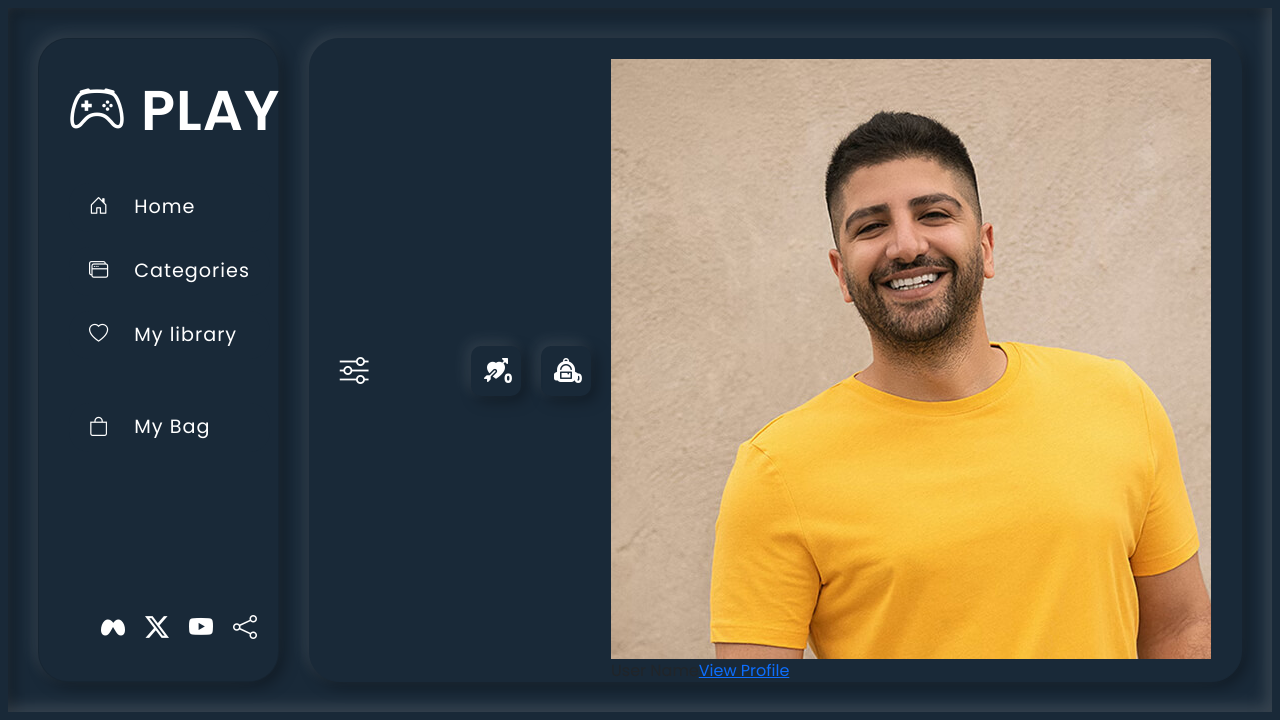
Repository: Ego-Wolf/Ecommerce-game-Reactjs
Page: /
These files come from the project's save history. The page is drawn as it stood at one moment and after the next save; the edit follows.
The browser window is 1280 px wide. The pictures show the whole page.
The project was rebuilt for these pictures with package versions that can differ from the ones it lists, and the page was loaded fresh each time.

Above is the page before, as saved 2023-12-21 23:50:44.

### public/index.html
<!DOCTYPE html>
<html lang="en">
  <head>
    <meta charset="utf-8" />
    <link rel="icon" href="%PUBLIC_URL%/favicon.ico" />
    <meta name="viewport" content="width=device-width, initial-scale=1" />
    <meta name="theme-color" content="#000000" />
    <meta
      name="description"
      content="Web site created using create-react-app"
    />
    <link rel="apple-touch-icon" href="%PUBLIC_URL%/logo192.png" />
    <link rel="manifest" href="%PUBLIC_URL%/manifest.json" />
    <title>Wolf Ecommerce | Game</title>

    <!-- Bootstraps & Bootstraps Icon -->
    <link href="https://cdn.jsdelivr.net/npm/bootstrap@5.3.2/dist/css/bootstrap.min.css" rel="stylesheet" integrity="sha384-T3c6CoIi6uLrA9TneNEoa7RxnatzjcDSCmG1MXxSR1GAsXEV/Dwwykc2MPK8M2HN" crossorigin="anonymous">
    <link rel="stylesheet" href="https://cdn.jsdelivr.net/npm/bootstrap-icons@1.11.2/font/bootstrap-icons.min.css">
  </head>
  <body>
    <noscript>You need to enable JavaScript to run this app.</noscript>
    <div id="root"></div>

  </body>
</html>

### src/App.js
import React from 'react';
import './App.css';
import Main from "./pages/Main";

function App() {
  return (
    <Main/>
  );
}

export default App;

### src/App.css
/* Google Font */
@import url('https://fonts.googleapis.com/css2?family=Poppins:wght@300;400;500;600;700;800;900&display=swap');


*{
  padding: 0;
  margin: 0;
  box-sizing: border-box;
}

:root {
  --primary: #0d171f;
  --second: #0998a8;
  --bgColor: #192938;
}

h1,
h2,
h4,
p {
  color: #ffffff;
}

body {
  position: relative;
  background: var(--bgColor);
  font-family: 'Poppins', sans-serif;
  width: 100%;
  min-height: 100vh;
  overflow: hidden;
}

### src/pages/Main.jsx
import React from 'react'
import './Main.css'
import SideMenu from '../components/SideMenu'
import Header from './Header'

function Main() {
  return (
    <main>
        <SideMenu/>
        <div className="banner">
          <Header/>
        </div>
    </main>
  )
}

export default Main

### src/pages/Main.css
main {
    position: absolute;
    top: 0;
    left: 0;
    right: 0;
    bottom: 0;
    padding: 30px;
    border: 8px solid var(--bgColor);
    box-shadow: -5px -5px 15px rgba(255, 255, 255, 0.15),
    5px 5px 15px rgba(0, 0, 0, 0.35),
    inset -5px -5px 15px rgba(255, 255, 255, 0.15),
    inset 5px 5px 15px rgba(0, 0, 0, 0.35);
    display: flex;
    justify-content: space-between;
    align-items: center;
    gap: 30px;
    overflow: hidden;
    transition: 0.5s;
}

.banner {
    position: relative;
    width: 80%;
    height: 100%;
    border-radius: 30px;
    border: 1px solid var(--bgColor);
    background: var(--bgColor);
    box-shadow: -5px -5px 15px rgba(255, 255, 255, 0.1),
    5px 5px 15px rgba(0, 0, 0, 0.35);
    transition: 1s;
}

### src/components/SideMenu.jsx
import React, {useState} from 'react'
import './SideMenu.css'
import NavListItem from './NavListItem'
import navListData from '../data/navListData'
import socialListData from '../data/socialListData'
import SocialListItem from './SocialListItem'

function SideMenu() {
  const [navData, setNavData] = useState(navListData);
  const [socialData, setSocialData] = useState(socialListData);

  return (
    <div className="sideMenu">
        <a href="#" className="logo">
            <i class="bi bi-controller"></i>
            <span className="brand">Play</span>
        </a>
        <ul className="nav">
          {navData.map(item => (
            <NavListItem key={item._id} item={item} />
          ))}
        </ul>

        <ul className="social">
          {socialData.map(item => (
            <SocialListItem key={item._id} item={item} />
          ))}
        </ul>

    </div>
  );
}

export default SideMenu;

### src/pages/Header.jsx
import React from 'react'
import './Header.css'
import userImg from '../images/user.jpg'

function Header() {
  return (
    <header>
        <a href="#" className='menu'><i class="bi bi-sliders"></i></a>
        <div className="userItems">
            <a href="#" className="icon">
                <i class="bi bi-arrow-through-heart-fill"></i>
                <span className='like'>0</span>
            </a>
            <a href="#" className="icon">
                <i class="bi bi-backpack2-fill"></i>
                <span className="bag">0</span>
            </a>
            <div className="avatar">
                <a href="#"><img src={userImg} alt="User Image" /></a>
                <div className="user">
                    <span>User Name</span>
                    <a href="#">View Profile</a>
                </div>
            </div>
        </div>
    </header>
  )
}

export default Header

### src/components/SideMenu.css
.sideMenu {
    width: 20%;
    height: 100%;
    padding: 30px;
    border: 1px solid rgba(0, 0, 0, 0.1);
    border-radius: 30px;
    background: var(--bgColor);
    box-shadow: -5px -5px 15px rgba(255, 255, 255, 0.1), 5px 5px 15px rgba(0, 0, 0, 0.35);
    display: flex;
    flex-direction: column;
    transition: 1s;
}

.sideMenu .logo {
    position: relative;
    text-decoration: none;
    display: inline-flex;
    align-items: center;
    gap: 15px;
    color: #ffffff;
    font-size: 3.5em;
    font-weight: 600;
    letter-spacing: 1px;
    text-transform: uppercase;
}

.sideMenu .nav {
    margin-top: 30px;
    display: flex;
    flex-direction: column;
    list-style: none;
    gap: 15px;
}

.sideMenu .nav li a {
    text-decoration: none;
    color: #ffffff;
    font-size: 1.2em;
    letter-spacing: 1px;
    display: inline-flex;
    gap: 25px;
    background: var(--bgColor);
    border-radius: 20px;
    padding: 10px 20px;
    width: 100%;
    transition: 0.5s;
}

.sideMenu .nav li a:hover,
.sideMenu .nav li a:active {
    box-shadow: -5px -5px 15px rgba(255, 255, 255, 0.1), 5px 5px 15px rgba(0, 0, 0, 0.35);
}

/* Social */
.sideMenu .social {
    position: absolute;
    bottom: 50px;
    display: flex;
    align-items: center;
    list-style: none;
    gap: 20px;
    transition: 0.5s;
}

.sideMenu .social li a {
    text-decoration: none;
    color: #ffffff;
    font-size: 1.5rem;
    transition: 0.3s;
}

.sideMenu .social li a:hover {
    color: var(--second);
}

.sideMenu .social li .share {
    background: (--second);
    padding: 10px;
    width: 35px;
    height: 35px;
    border-radius: 50%;
    transition: 0.3s;
}

.sideMenu .social li .share:hover {
    background: var(--primary);
}

### src/components/NavListItem.jsx
import React from 'react'
import './NavListItem.css'

function NavListItem({ item }) {
  return (
    <li>
        <a href="#">
            <i className={`bi ${item.icon}`}></i>
            <span className="navName">{item.name}</span>
        </a>
    </li>
  )
}

export default NavListItem

### src/data/navListData.js
const navListData = [
    {
        _id: 1,
        target: 'home',
        name: 'Home',
        icon: 'bi-house-door',
        active: true,
    },
    {
        _id: 2,
        target: 'categories',
        name: 'Categories',
        icon: 'bi-window-stack',
        active: false,
    },
    {
        _id: 3,
        target: 'library',
        name: 'My library',
        icon: 'bi-heart',
        active: false,
    },
    {
        _id: 4,
        target: 'bag',
        name: 'My Bag',
        icon: 'bi-bag',
        active: false,
    },
];

export default navListData;

### src/data/socialListData.js
const socialListData = [
    {
        _id: 1,
        // target: 'meta',
        // name: 'Meta',
        icon: 'bi bi-meta',
        active: true,
    },
    {
        _id: 2,
        // target: 'categories',
        // name: 'Categories',
        icon: 'bi-twitter-x ',
        active: false,
    },
    {
        _id: 3,
        // target: 'library',
        // name: 'My library',
        icon: 'bi-youtube',
        active: false,
    },
    {
        _id: 4,
        // target: 'bag',
        // name: 'My Bag',
        icon: 'bi-share',
        active: false,
    },
];

export default socialListData;

### src/components/SocialListItem.jsx
import React from 'react'
import './SocialListItem.css'

function SocialListItem({ item }) {
  return (
    <li>
      <a href="#">
        <i className={`bi ${item.icon}`}></i>
      </a>
    </li>
  )
}

export default SocialListItem

### src/pages/Header.css
header {
    position: absolute;
    top: 0;
    width: 100%;
    display: flex;
    justify-content: space-between;
    align-items: center;
    padding: 20px 30px;
    z-index: 1000 !important;
    background: transparent;
}

.menu {
    font-size: 1.8rem;
    color: #ffffff;
}

.userItems {
    display: inline-flex;
    align-items: center;
    gap: 20px;
}

.userItems .icon {
    position: relative;
    color: #ffffff;
    font-size: 1.5rem;
    width: 50px;
    height: 50px;
    border-radius: 10px;
    box-shadow: -5px -5px 15px rgba(255, 255, 255, 0.1),
    5px 5px 15px rgba(0, 0, 0, 0.35);
    display: flex;
    justify-content: center;
    align-items: center;
    text-decoration: none;
}

.userItems .icon .like,
.userItems .icon .bag {
    position: absolute;
    right: 0;
    bottom: 10px;
    font-size: 0.8rem;
    font-weight: 800;
    height: 20px;
    width: 20px;
    padding: 3px;
    color: #ffffff;

}

Loaded but not shown: src/index.js (common file); src/index.css (common file); src/reportWebVitals.js (common file); src/components/NavListItem.css (no stored copy; drawn as an empty file); src/components/SocialListItem.css (no stored copy; drawn as an empty file)

After the next save:
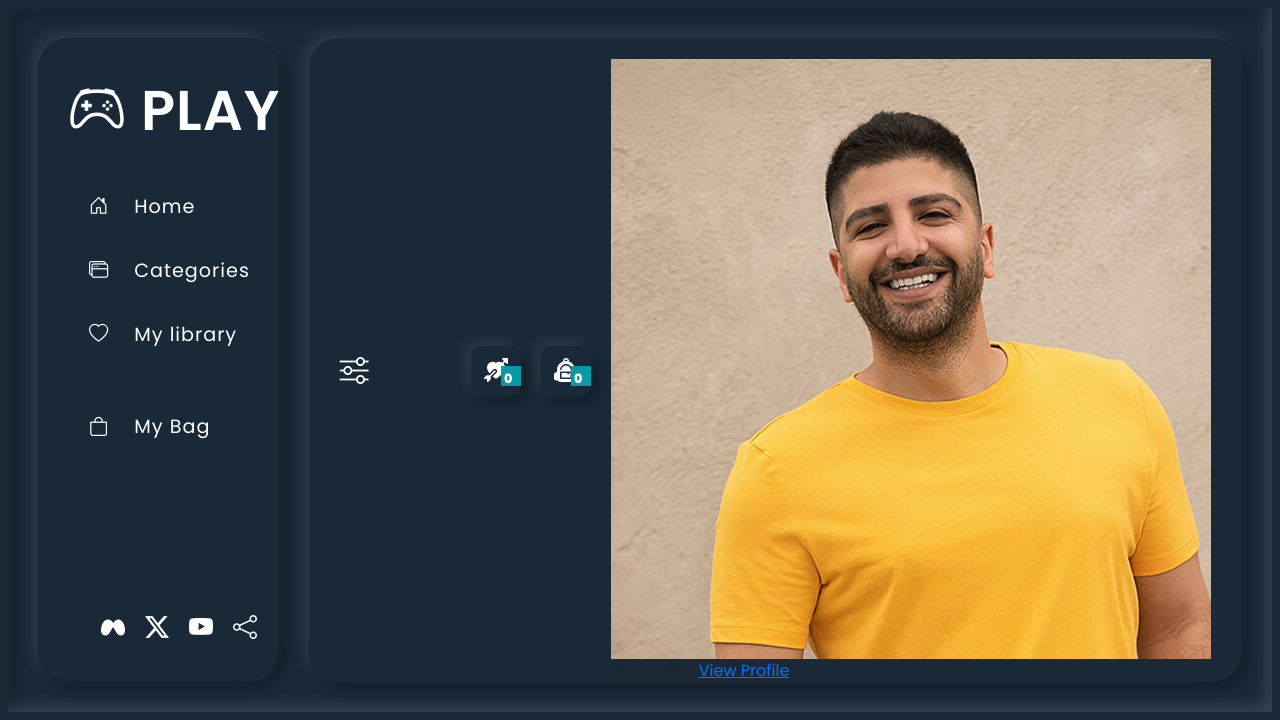
Saved 15 s later.
--- a/src/pages/Header.css
+++ b/src/pages/Header.css
@@ -47,5 +47,6 @@ header {
     width: 20px;
     padding: 3px;
     color: #ffffff;
-
+    background: var(--second);
+    border-radius: ;
 }
